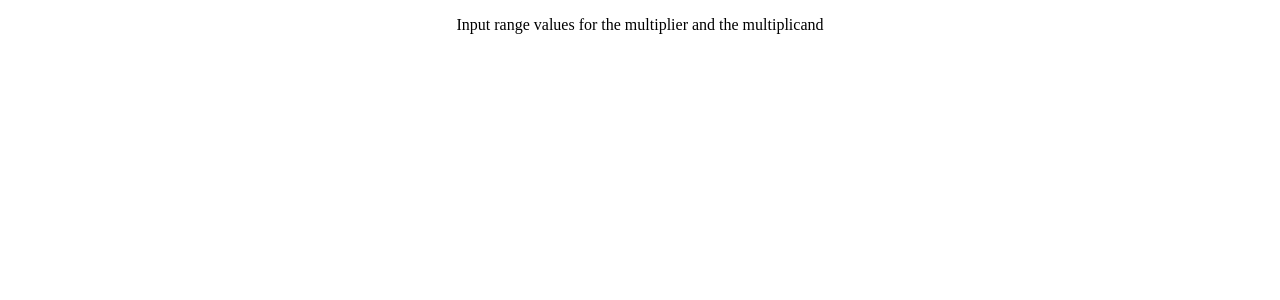
Repository: khrasna/HW4Part2
Page: index.html
These files come from the project's save history. The page is drawn as it stood at one moment and after the next save; the edit follows.
The browser window is 1280 px wide. The pictures show the whole page.
Empty fields were first filled with sample values (such as "Sample", 5 or name@example.com).
After loading, the first visible `#FormInput > input` was clicked once.

Above is the page before, as saved 2021-11-12 16:31:29.

### index.html
<!-- HTML file for Assignment 3
By Karsten Hrasna  email Karsten_Hrasna@student.uml.edu-->
<!DOCTYPE html>
<html>

<head>
    <title>Multiplication Table</title>
    <link rel="stylesheet" href="style.css">
    <script src="https://ajax.googleapis.com/ajax/libs/jquery/3.5.1/jquery.min.js"></script>
    <script src="./dist/jquery.validate.min.js"></script>
    <script src="./formvalidate.js"></script>
</head>

<body>
    <p>Input range values for the multiplier and the multiplicand</p>
    <div id="container">
        <!-- Learned from W3schools. Creates a form which takes number ranges for multiplier and multiplicand. -->

        <form id="FormInput" action="javascript:void(0);" method="get"> <!--Learned about javascript:void(0) from Dutchie432 at https://stackoverflow.com/questions/1818249/form-with-no-action-and-where-enter-does-not-reload-page-->
            <table>
                <tr>
                    <td class="pad">Multiplier Start: <input input="text" name="MultiplierStart"></td>
                    <td>Multiplier Finish: <input type="text" name="MultiplierFinish"></td>
                </tr>
                <tr>
                    <td class="pad">Multiplicand Start: <input type="text" name="MultiplicandStart"></td>
                    <td>Multiplicand Finish: <input type="text" name="MultiplicandFinish"></td>
                </tr>
            </table>
            <input type="submit" value="Submit"> <!--goes directly under form and processes the input to create a mult table-->
        </form>
    </div>


</body>

</html>

### style.css
/*Created by Karsten Hrasna. email: Karsten_Hrasna@student.uml.edu*/
html,
body {
    height: 97%;
    text-align: center;
}

div#container {
    display: grid;
    grid-template-columns: 100%;
    /* top row of grid holds the form for input, the rest of page holds the multiplication table*/
    grid-template-rows: minmax(90px, 15%) auto;
    height: 97%;

}

#multTable {
    margin: auto;
    border-collapse: separate;
    border-spacing: 0;
    grid-row: 2;
    /*the dynamically sized multiplication table */
    margin-top: 0px;
    border-bottom: 0px;

}

input[type=submit] {
    /* submit button under form spaced here */
    margin-top: 10px;
    margin-bottom: 0px;
}

#multTable td,
th {
    border: solid;
    border-color: black;
    min-width: 70px;
    font-size: 30px;
    height: 70px;
}


#multTable th {
    position: sticky;
    top: 0px;
    border-right: solid;
    border-right-color: white;
    border-bottom: solid;
    border-bottom-color: white;
    background-color: black;
    color: white;

}

#multTable th:first-child {
    position: sticky;
    top: 70px;
    left: 0;
}


.sticky {
    position: fixed;
    top: 0px;
    /* get the headers to stay fixed on mult table */
    width: 100%;
}

#multTable tr:first-child th:first-child {
    border: none;
    background-color: white;
}

#multTable p.inputError {
    margin: 0px;
}

form {
    grid-row: 1;
    margin-bottom: 0px;
}

table {
    margin-left: auto;
    margin-right: auto;
}

form td {
    text-align: right;
    /*line up the input form textboxes*/
}

form p {
    margin: 0px;
}

td.pad {
    padding-right: 15px;
}

### formvalidate.js
$(function (){
    $('input[value="Submit"]').click(function () {
        $('#FormInput').validate({
            rules: {
                MultiplierStart: {
                    required: true,
                    range: [-50, 50]
                },
                MultiplierFinish: {
                    required: true,
                    range: [-50, 50]
                },

                MultiplicandStart: {
                    required: true,
                    range: [-50, 50]
                },

                MultiplicandFinish: {
                    required: true,
                    range: [-50, 50]
                }
            },

            messages: {
                MultiplierStart: {
                    digit: "Multiplier Start must be a digit",
                    required: "Multiplier Start must be a digit between -50 and 50",
                    range: "The range of Multiplier Start must stay within -50 and 50"
                },

                MultiplierFinish: {
                    digit: "Multiplier Finish must be a digit",
                    required: "Multiplier Finish must be a digit between -50 and 50",
                    range: "The range of Multiplier Finish must stay within -50 and 50"
                },

                MultiplicandStart: {
                    digit: "Multiplicand Start must be a digit",
                    required: "Multiplicand Start must be a digit between -50 and 50",
                    range: "The range of Multiplicand Start must stay within -50 and 50"
                },

                MultiplicandFinish: {
                    digit: "Multiplicand Finish must be a digit",
                    required: "Multiplicand Finish must be a digit between -50 and 50",
                    range: "The range of Multiplicand Finish must stay within -50 and 50"
                }
            },

            errorPlacement: function (error, element) {
                $(error).append($(('#FormInput')));
            }
        });
    });
});

Loaded but not shown: dist/jquery.validate.min.js (library)

After the next save:
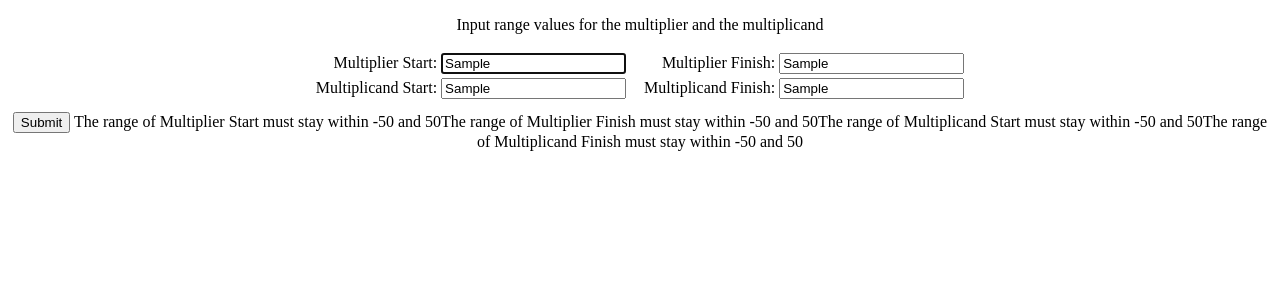
Saved 6 s later.
--- a/formvalidate.js
+++ b/formvalidate.js
@@ -49,7 +49,7 @@ $(function (){
             },
 
             errorPlacement: function (error, element) {
-                $(error).append($(('#FormInput')));
+                $(error).appendTo($(('#FormInput')));
             }
         });
     });
